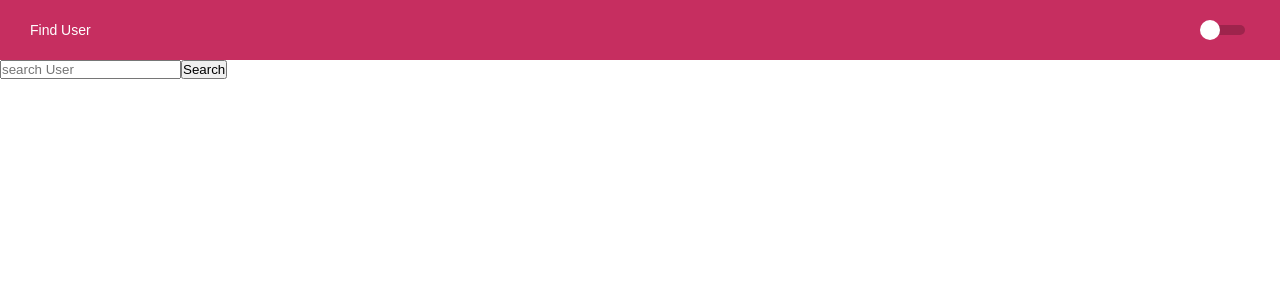
Repository: OmniaRafat232111121/Tic-Tac-Toe
Page: /
The author's editor kept a copy of each file at every save. The page is drawn from the files as they stood at one save, then again after a run of saves.
The browser window is 1280 px wide. The pictures show the whole page.
The project was rebuilt for these pictures with package versions that can differ from the ones it lists, and the page was loaded fresh each time.

Above is the page before, as saved 2022-09-20 16:53:41.

After the next 28 saves:
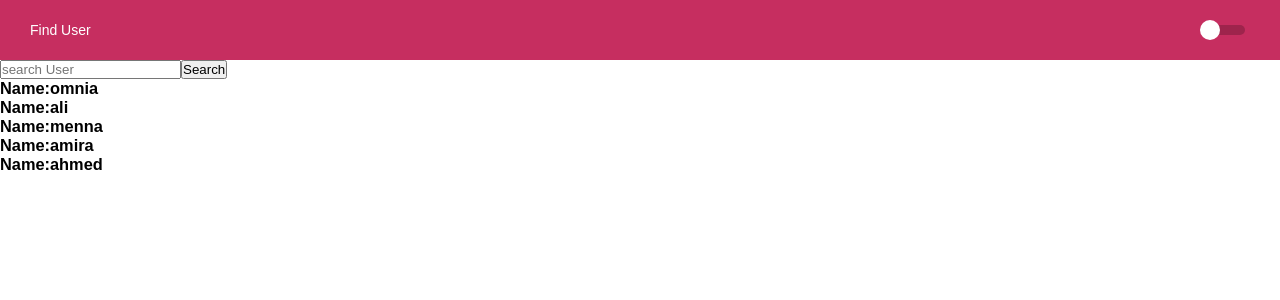
The 28 saves are shown as one change because 3 did not build or start and some came seconds apart.
The last was saved 100 s later.
--- a/src/components/UserFind/UserFind.tsx
+++ b/src/components/UserFind/UserFind.tsx
@@ -46,7 +46,8 @@ const UserFind:React.FC = () => {
             <div className="body">
                  {userList?.length>0 && userList?.map(user=>{
                     return(
-                        <div>
+                        <div className='body__item'>
+                       <h3>Name:{user?.name}</h3>
 
                         </div>
 
